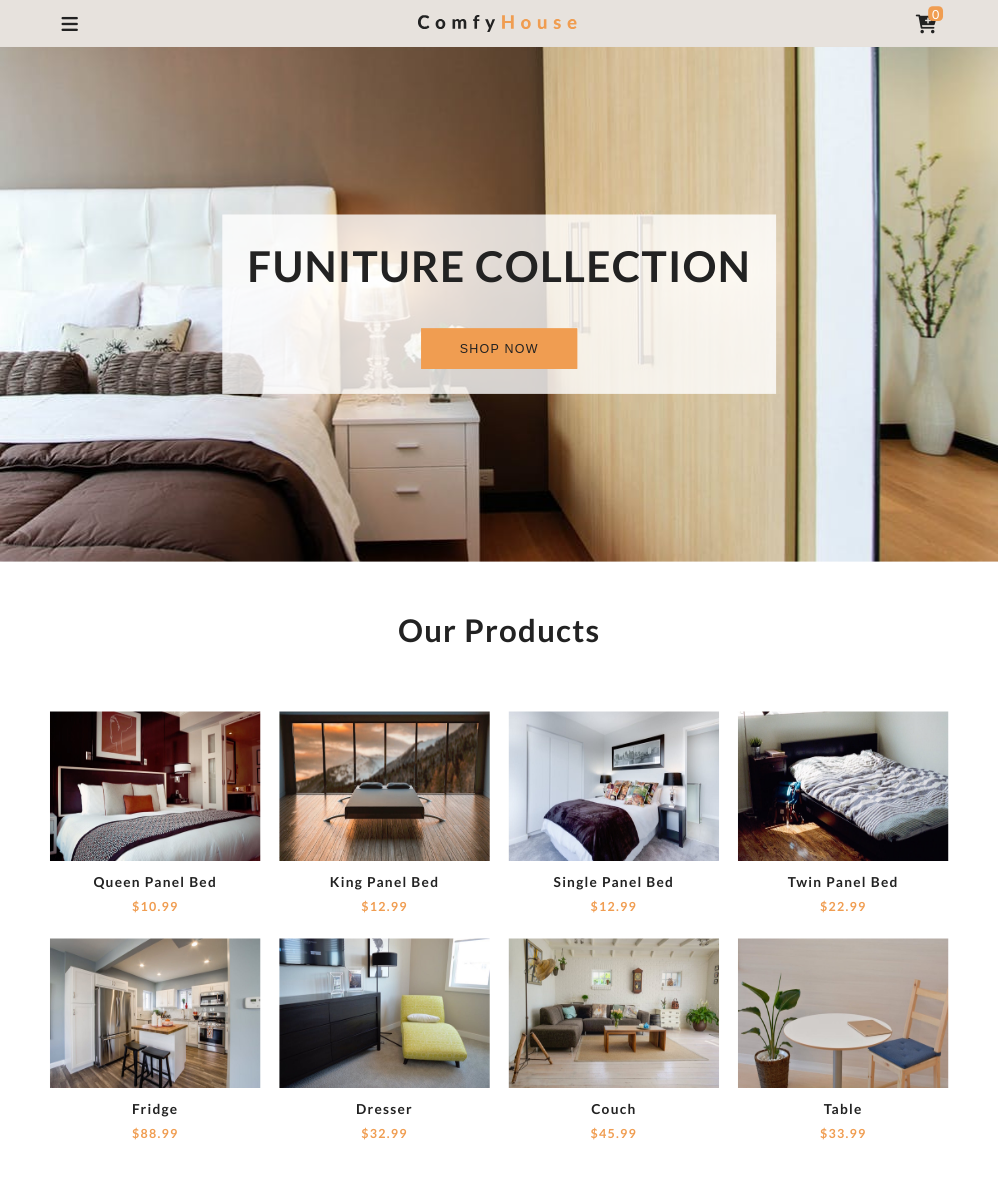
Repository: phamtrunghptn-dev/comfy-house-mater
Page: index.html
These files come from the project's save history. The page is drawn as it stood at one moment and after the next save; the edit follows.
The browser window is 1280 px wide. The pictures show the whole page, at 78% of full size.
Some web libraries are served in a nearby version.

Above is the page before, as saved 2022-07-07 16:00:38.

After the next save:
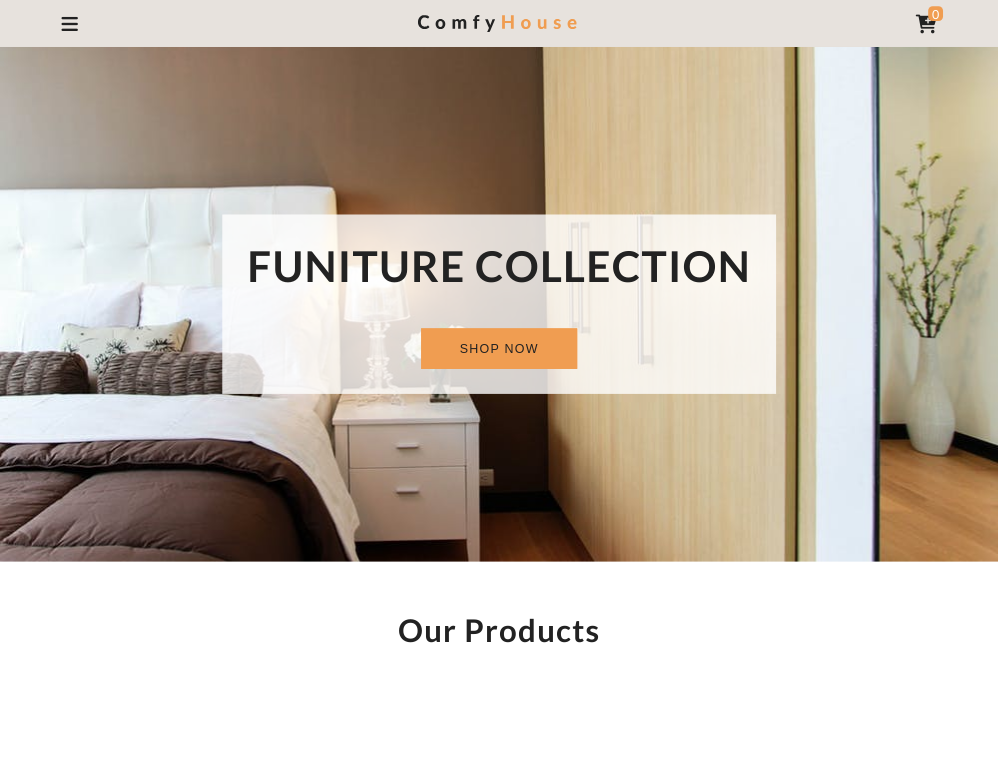
Console error: SyntaxError: Unexpected strict mode reserved word
Saved 7 s later.
--- a/app.js
+++ b/app.js
@@ -70,7 +70,7 @@
                 event.target.innerText = "In Cart";
                 event.target.disabled = true;
                 // get product from products
-
+                let
                 // add product to the cart
                 // save cart in local storage
                 // set cart values

After the 4 saves that followed:
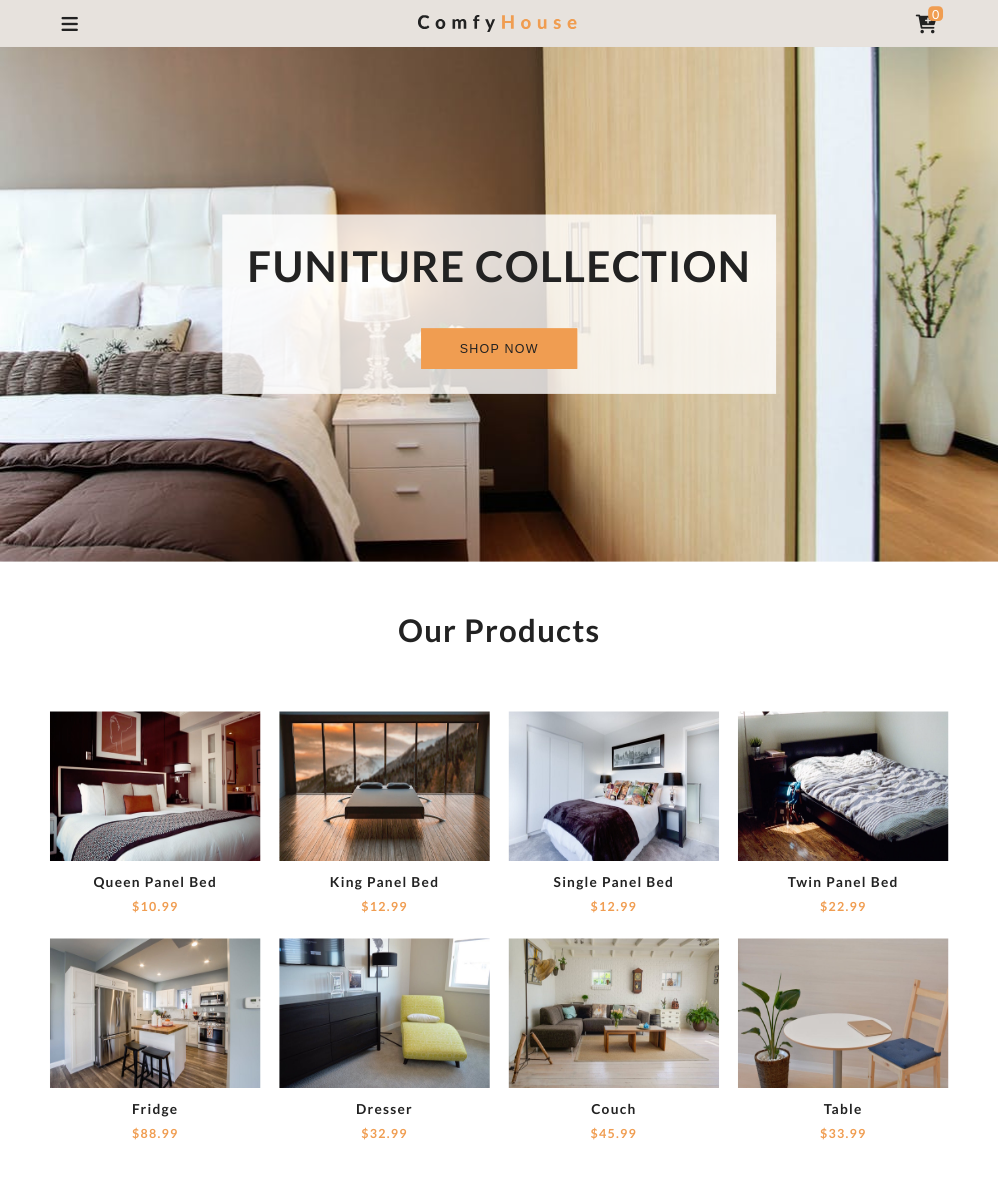
The error is gone.
The 4 saves are shown as one change because 1 left the picture as it was and some came seconds apart.
The last was saved 15 s later.
--- a/app.js
+++ b/app.js
@@ -70,7 +70,7 @@
                 event.target.innerText = "In Cart";
                 event.target.disabled = true;
                 // get product from products
-                let
+                let cartItem = Storage.getProducts
                 // add product to the cart
                 // save cart in local storage
                 // set cart values
